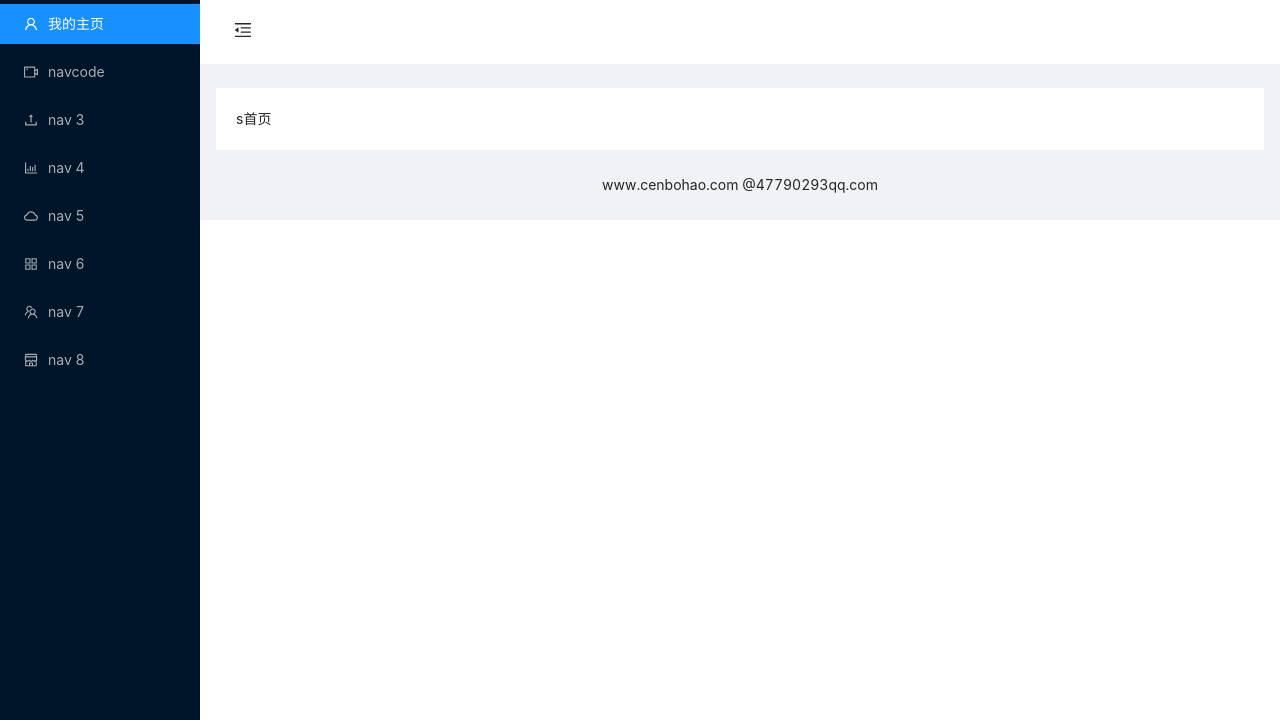
Repository: CBH20010703/bolgsweb
Page: / (app in blogs/)
The author's editor kept a copy of each file at every save. The page is drawn from the files as they stood at one save, then again after the next save.
The browser window is 1280 px wide. The pictures show the whole page.
The project was rebuilt for these pictures with package versions that can differ from the ones it lists, and the page was loaded fresh each time. Also part of the build but not shown: blogs/src/component/Menu/MenuList.css, blogs/src/view/Home/Home.css, blogs/src/view/404/Error.jsx, blogs/src/view/NavCode/NavCode.jsx.

Above is the page before, as saved 2021-06-27 11:23:38.

After the next save:
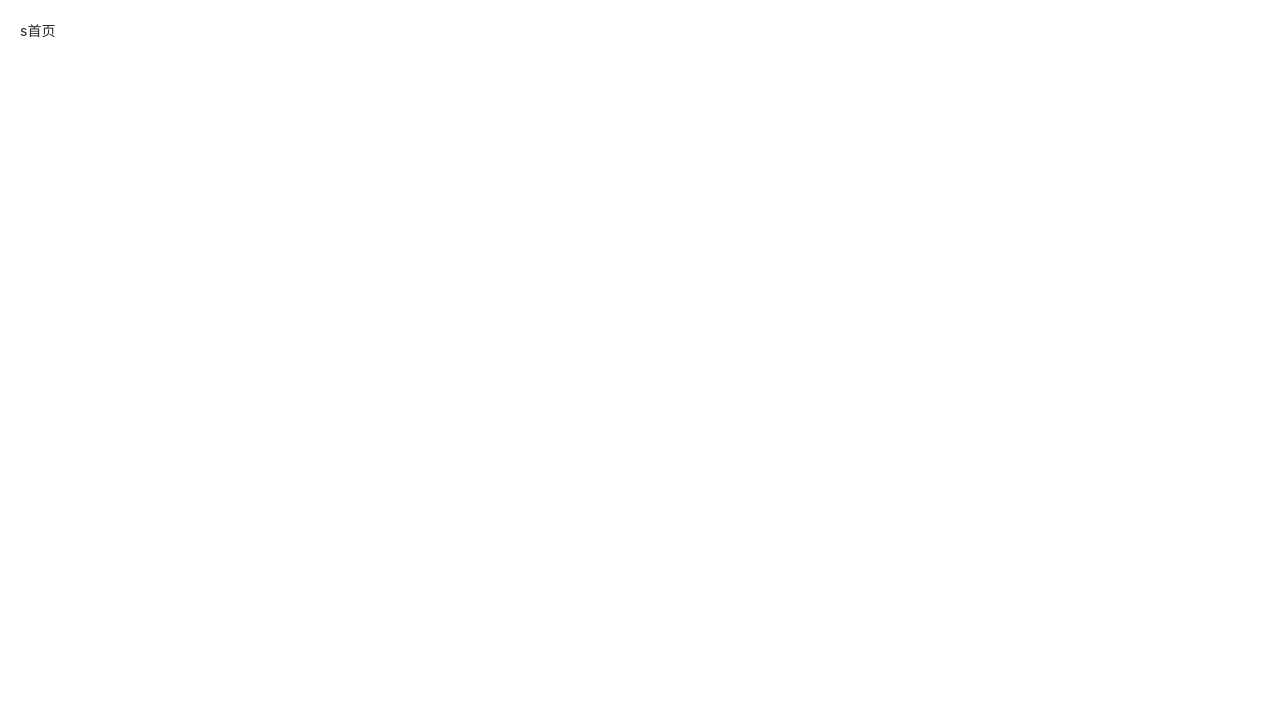
Saved 2 min 41 s later.
--- a/blogs/src/App.js
+++ b/blogs/src/App.js
@@ -21,7 +21,8 @@
   render() {
     return (
       <BrowserRouter>
-          <Layout>
+        <RouterMap  />
+          {/* <Layout>
             <Sider  trigger={null} collapsible collapsed={this.state.collapsed}
               style={{
                 overflow: 'auto',
@@ -35,11 +36,11 @@
             <Layout className="site-layout" style={{ paddingLeft:this.state.collapsed?"60px":"200px",transition:"0.1s ease" }}>
               <Headers toggle={this.toggle} parent={this.state.collapsed}></Headers>
               <Content style={{ margin: '24px 16px 0', height: "auto", background:"#fff" }}>
-                 <RouterMap  />
+
               </Content>
               <Footers/>
             </Layout>
-          </Layout>
+          </Layout> */}
       </BrowserRouter>
     );
   }

After the save that followed:
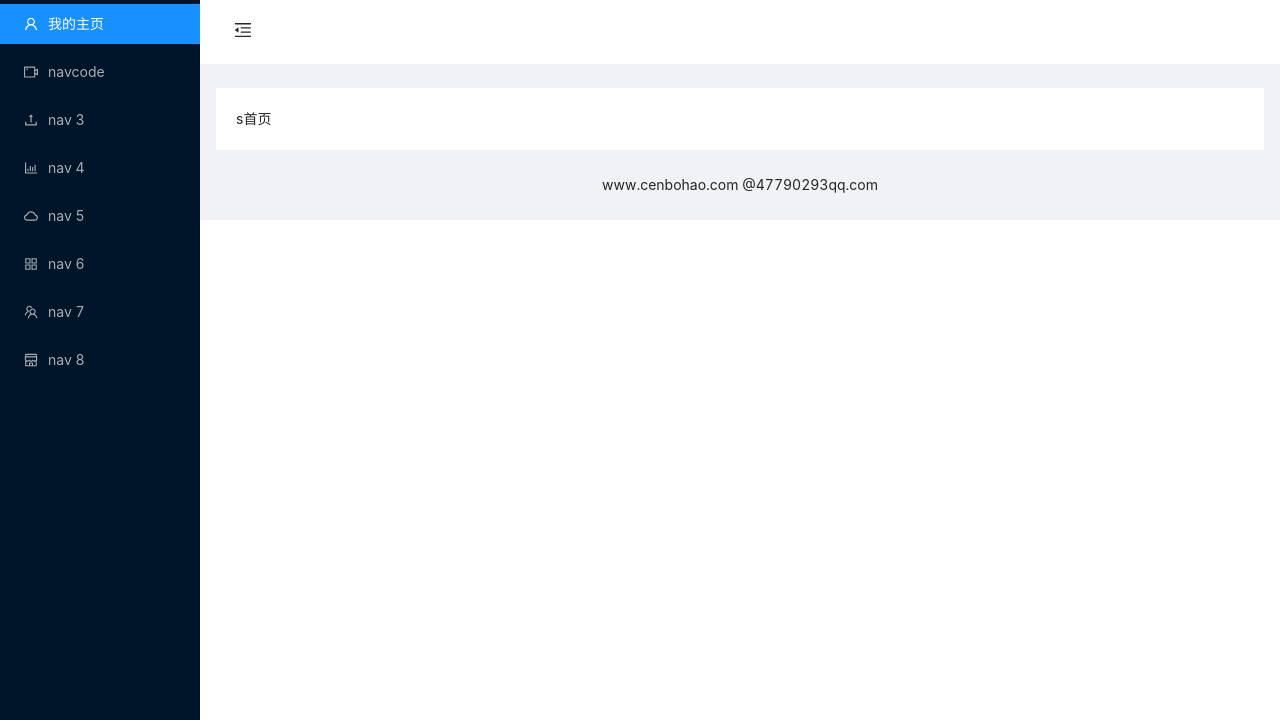
Saved 62 s later.
--- a/blogs/src/App.js
+++ b/blogs/src/App.js
@@ -21,8 +21,8 @@
   render() {
     return (
       <BrowserRouter>
-        <RouterMap  />
-          {/* <Layout>
+
+          <Layout>
             <Sider  trigger={null} collapsible collapsed={this.state.collapsed}
               style={{
                 overflow: 'auto',
@@ -36,11 +36,11 @@
             <Layout className="site-layout" style={{ paddingLeft:this.state.collapsed?"60px":"200px",transition:"0.1s ease" }}>
               <Headers toggle={this.toggle} parent={this.state.collapsed}></Headers>
               <Content style={{ margin: '24px 16px 0', height: "auto", background:"#fff" }}>
-
+                 <RouterMap  />
               </Content>
               <Footers/>
             </Layout>
-          </Layout> */}
+          </Layout>
       </BrowserRouter>
     );
   }
